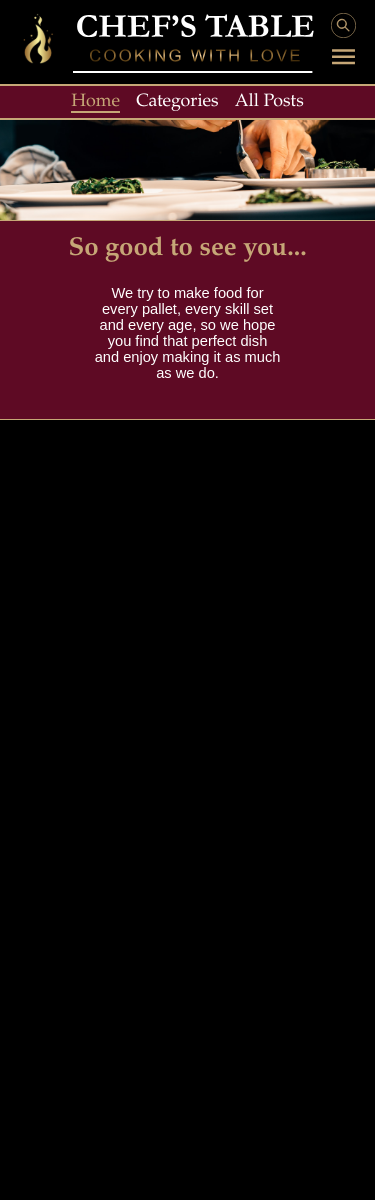
Repository: Noroff-FEU-Assignments/project-exam-1-runeunhjem
Page: index.html
These files come from the project's save history. The page is drawn as it stood at one moment and after the next save; the edit follows.
The browser window is 375 px wide. The pictures show the whole page.
The page's requests for data from a server got no answer.

Above is the page before, as saved 2023-05-01 13:54:46.

After the next save:
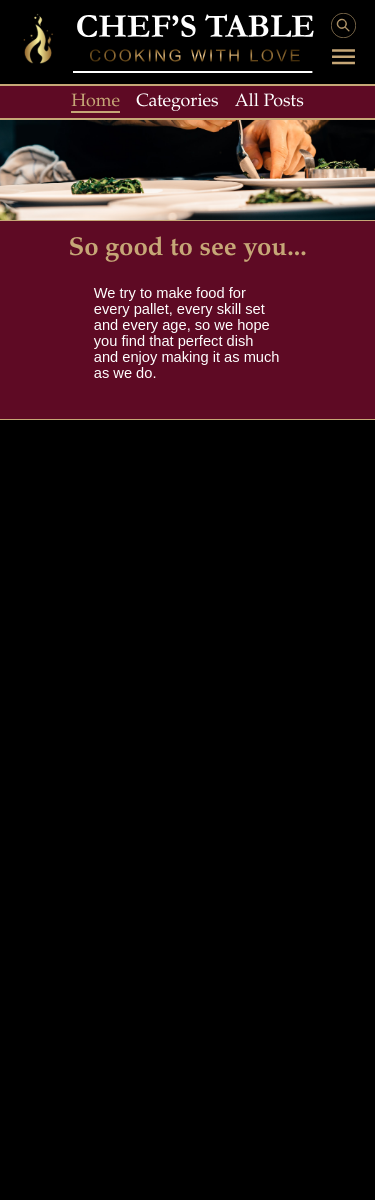
Saved 2 s later.
--- a/css/styles.css
+++ b/css/styles.css
@@ -202,6 +202,7 @@ main {
 
 .enjoy-note {
   width: 50vw;
+  text-align: left;
   margin: 0.5em auto;
   font-family: var(--font-family-normal);
   font-size: calc(0.8rem + 0.5vw);
@@ -284,4 +285,4 @@ main {
     background-image: url(../images/hero-image.png);
     height: 100px;
   }
-}/*# sourceMappingURL=styles_20230501135438.css.map */
+}/*# sourceMappingURL=styles_20230501135448.css.map */
